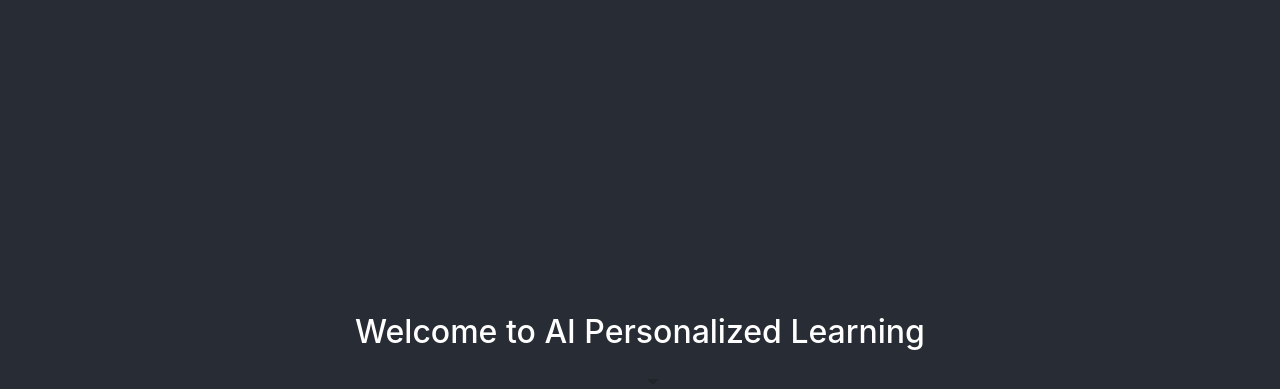
Repository: SP23-CSCE482/team_hunnid_app
Page: /
These files come from the project's save history. The page is drawn as it stood at one moment and after the next save; the edit follows.
The browser window is 1280 px wide. The pictures show the whole page.
The project was rebuilt for these pictures with package versions that can differ from the ones it lists, and the page was loaded fresh each time.

Above is the page before, as saved 2023-02-08 19:59:48.

### public/index.html
<!DOCTYPE html>
<html lang="en">
  <head>
    <meta charset="utf-8" />
    <link rel="icon" href="%PUBLIC_URL%/favicon.ico" />
    <meta name="viewport" content="width=device-width, initial-scale=1" />
    <meta name="theme-color" content="#000000" />
    <meta
      name="description"
      content="Web site created using create-react-app"
    />
    <link rel="apple-touch-icon" href="%PUBLIC_URL%/logo192.png" />
    <!--
      manifest.json provides metadata used when your web app is installed on a
      user's mobile device or desktop. See https://developers.google.com/web/fundamentals/web-app-manifest/
    -->
    <link rel="manifest" href="%PUBLIC_URL%/manifest.json" />
    <!--
      Notice the use of %PUBLIC_URL% in the tags above.
      It will be replaced with the URL of the `public` folder during the build.
      Only files inside the `public` folder can be referenced from the HTML.

      Unlike "/favicon.ico" or "favicon.ico", "%PUBLIC_URL%/favicon.ico" will
      work correctly both with client-side routing and a non-root public URL.
      Learn how to configure a non-root public URL by running `npm run build`.
    -->
    <title>React App</title>
    <link
      rel="stylesheet"
      href="https://cdn.jsdelivr.net/npm/bootstrap@5.1.3/dist/css/bootstrap.min.css"
      integrity="sha384-1BmE4kWBq78iYhFldvKuhfTAU6auU8tT94WrHftjDbrCEXSU1oBoqyl2QvZ6jIW3"
      crossorigin="anonymous"
    />
  </head>
  <body>
    <noscript>You need to enable JavaScript to run this app.</noscript>
    <div id="root"></div>
    <script
      src="https://cdn.jsdelivr.net/npm/bootstrap@5.1.3/dist/js/bootstrap.bundle.min.js"
      integrity="sha384-ka7Sk0Gln4gmtz2MlQnikT1wXgYsOg+OMhuP+IlRH9sENBO0LRn5q+8nbTov4+1p"
      crossorigin="anonymous"
    ></script>

    <!--
      This HTML file is a template.
      If you open it directly in the browser, you will see an empty page.

      You can add webfonts, meta tags, or analytics to this file.
      The build step will place the bundled scripts into the <body> tag.

      To begin the development, run `npm start` or `yarn start`.
      To create a production bundle, use `npm run build` or `yarn build`.
    -->
  </body>
</html>

### src/App.js
import logo from './logo.svg'
import './App.css'

function App() {
  return (
    <div className="App">
      <header className="App-header">
        <h2>Welcome to AI Personalized Learning</h2>
        <div className="btn-group">
          <button
            className={`text-capitalize btn btn-lg"`}
            type="button"
          ></button>
          <button
            type="button"
            className={`btn btn-lg dropdown-toggle dropdown-toggle-split`}
            data-bs-toggle="dropdown"
            aria-expanded="false"
          >
            <span className="visually-hidden">Toggle Dropdown</span>
          </button>
        </div>
      </header>
      {/* <header className="App-header">
        <img src={logo} className="App-logo" alt="logo" />
        <p>
          Edit <code>src/App.js</code> and save to reload.
        </p>
        <a
          className="App-link"
          href="https://reactjs.org"
          target="_blank"
          rel="noopener noreferrer"
        >
          Learn React
        </a>
      </header> */}
    </div>
  )
}

export default App

Loaded but not shown: src/index.js (common file); src/index.css (common file); src/reportWebVitals.js (common file); src/App.css (common file)

After the next save:
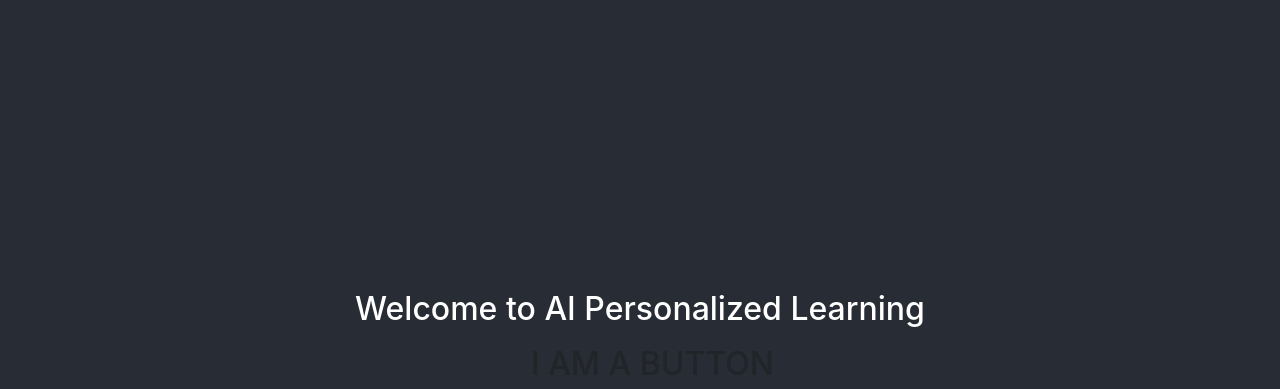
Saved 16 s later.
--- a/src/App.js
+++ b/src/App.js
@@ -17,6 +17,7 @@
             data-bs-toggle="dropdown"
             aria-expanded="false"
           >
+            <h2>I AM A BUTTON</h2>
             <span className="visually-hidden">Toggle Dropdown</span>
           </button>
         </div>
